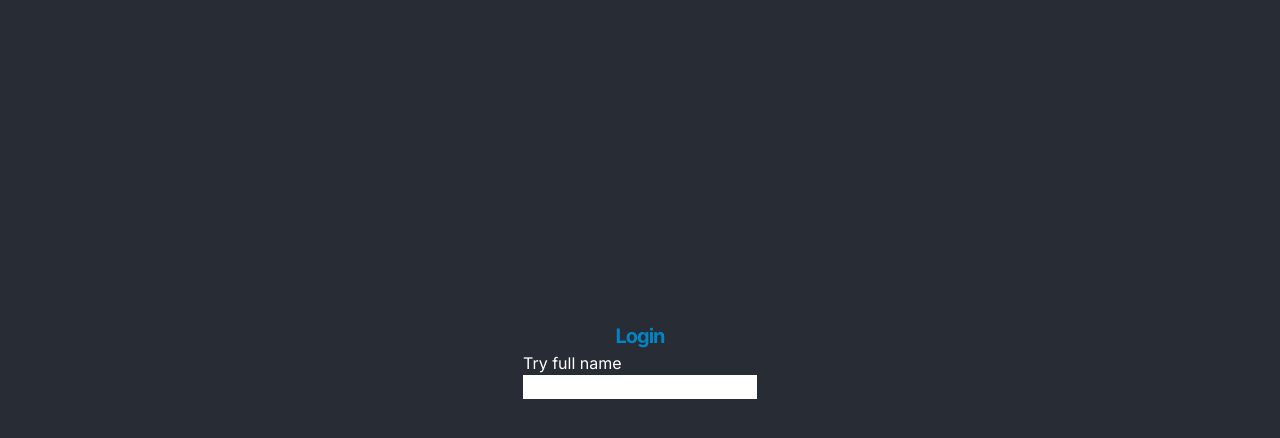
Repository: devsecops-node/simple-play
Page: /
These files come from the project's save history. The page is drawn as it stood at one moment and after the next save; the edit follows.
The browser window is 1280 px wide. The pictures show the whole page.
The project was rebuilt for these pictures with package versions that can differ from the ones it lists, and the page was loaded fresh each time. The framework's server and built-in components were replaced by stand-ins that run in the browser. Also part of the build but not shown: next.config.mjs.

Above is the page before, as saved 2024-06-21 12:22:05.

After the next save:
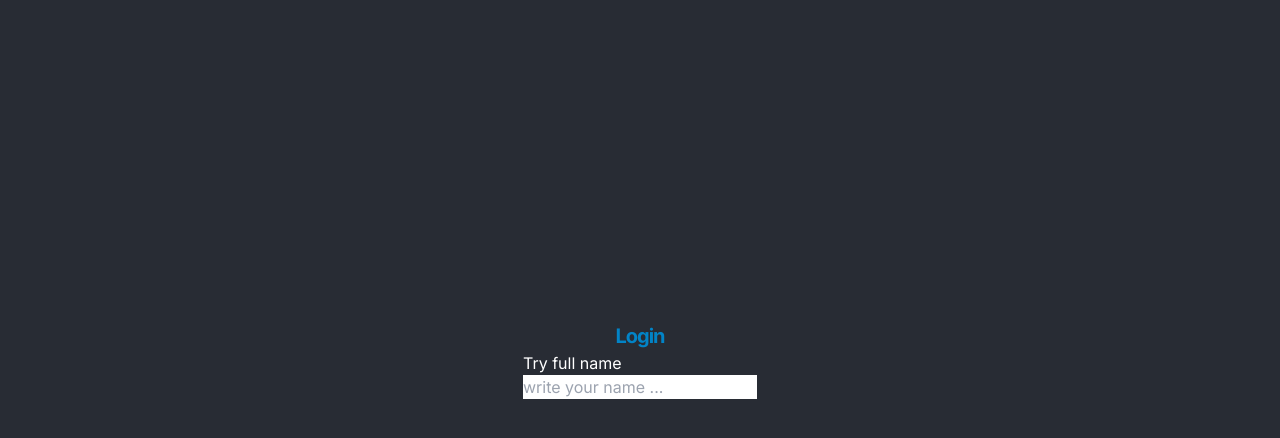
Saved 14 s later.
--- a/src/app/(main)/page.tsx
+++ b/src/app/(main)/page.tsx
@@ -7,8 +7,8 @@ export default function Home() {
       <h1 className="text-[20px] text-sky-600 font-bold tracking-tighter">Login</h1>
       <form action="/" className="flex flex-col">
         <section className="flex flex-col">
-          <label htmlFor="name">Try full name</label>
-          <input type="text" />
+          <label htmlFor="name" >Try full name</label>
+          <input type="text" placeholder="write your name ..."/>
         </section>
       </form>
     </Container>
